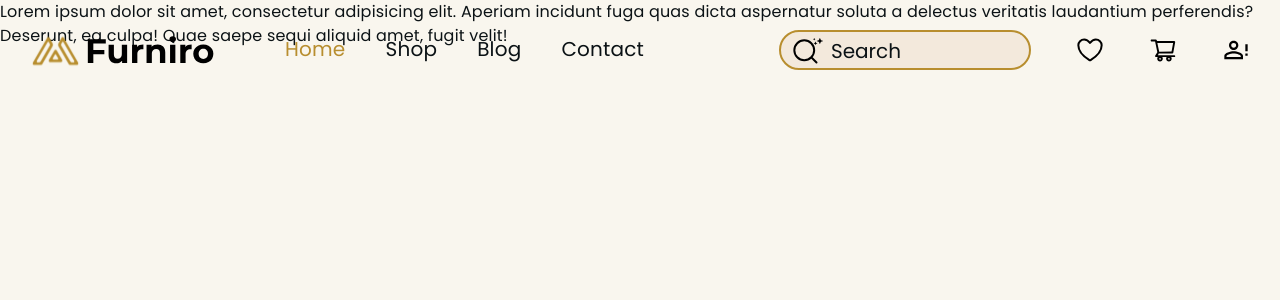
Repository: binhphanbp/furniro-interior_website
Page: index.html
These files come from the project's save history. The page is drawn as it stood at one moment and after the next save; the edit follows.
The browser window is 1280 px wide. The pictures show the whole page.

Above is the page before, as saved 2025-02-20 00:20:56.

### index.html
<!DOCTYPE html>
<html lang="en">
  <head>
    <meta charset="UTF-8" />
    <meta name="viewport" content="width=device-width, initial-scale=1.0" />
    <title>Furniro</title>

    <!-- Favicon -->
    <link rel="shortcut icon" href="./icons/favicon.ico" type="image/x-icon" />
    <link rel="icon" href="./icons/favicon.ico" type="image/x-icon" />

    <!-- Link CSS -->
    <link rel="stylesheet" href="./src/assets/styles/main.css" />
  </head>
  <body class="homepage">
    <!-- PROGRESS BAR -->
    <div class="progress-container">
      <div class="progress-bar"></div>
    </div>

    <!-- HEADER -->

    <header class="header">
      <div class="container">
        <nav class="header__menu">
          <a class="header__logo" href="#">
            <img src="./icons/furniro-logo-type.svg" alt="logo-furniro" />
          </a>
          <ul class="header__menu-list">
            <li>
              <a href="#" class="--active">home</a>
            </li>
            <li>
              <a href="./src/pages/shop.html">shop</a>
            </li>
            <li>
              <a href="./src/pages/blog.html">blog</a>
            </li>
            <li>
              <a href="./src/pages/contact.html">contact</a>
            </li>
          </ul>
        </nav>
        <ul class="header__icons">
          <li class="header__icons-searchbar">
            <label for="search-input">
              <img src="./icons/icon-search.svg" alt="icon-search" />
            </label>
            <input type="text" id="search-input" placeholder="Search" />
          </li>
          <li class="header__icons-item">
            <a href="#">
              <img src="./icons/icon-heart.svg" alt="icon-heart" />
            </a>
          </li>
          <li class="header__icons-item">
            <a href="./src/pages/cart.html">
              <img src="./icons/icon-cart.svg" alt="icon-cart"
            /></a>
          </li>
          <li class="header__icons-item">
            <a href="#">
              <img src="./icons/icon-account-alert.svg" alt="icon-account" />
            </a>
          </li>
        </ul>
      </div>
    </header>

    <!-- MAIN -->
    <main class="main">
      <p>
        Lorem ipsum dolor sit amet, consectetur adipisicing elit. Aperiam
        incidunt fuga quas dicta aspernatur soluta a delectus veritatis
        laudantium perferendis? Deserunt, ea culpa! Quae saepe sequi aliquid
        amet, fugit velit!
      </p>
      <!-- Section Hero -->
      <section class="schero">
        <div class="container"></div>
      </section>

      <!-- Section Menu -->
      <section class="scmenu">
        <div class="container"></div>
      </section>

      <!-- Section Services -->
      <section class="scservices">
        <div class="container"></div>
      </section>

      <!-- Section Delivery -->
      <section class="scdelivery">
        <div class="container"></div>
      </section>

      <!-- Section Our Customers -->
      <section class="sccustomers">
        <div class="container"></div>
      </section>

      <!-- Section Our Blog -->
      <section class="scblog">
        <div class="container"></div>
      </section>
    </main>

    <!-- FOOTER -->
    <footer class="footer">
      <div class="container"></div>
    </footer>

    <!-- JavaScript -->
    <script type="module" src="./src/scripts/main.js"></script>
  </body>
</html>

### src/assets/styles/main.css
/* Reset CSS */
@import './base/reset.css';

/* Font */
@import './base/variables.css';
@import './base/fonts.css';

/* Layouts (General Structure) */
@import './base/layouts.css';

/* Components */
@import './components/header.css';
@import './components/footer.css';
@import './components/components.css';

/* Pages */
@import './pages/home.css';
@import './pages/shop.css';
@import './pages/shop-details.css';
@import './pages/cart.css';
@import './pages/checkout.css';
@import './pages/product-comparison.css';
@import './pages/blog.css';
@import './pages/contact.css';

### src/assets/styles/base/reset.css
* {
  margin: 0;
  padding: 0;
  border: 0;
  font-size: 100%;
  font: inherit;
  vertical-align: baseline;
  box-sizing: border-box;
}
body {
  line-height: 1;
}
ol,
ul {
  list-style: none;
}
blockquote,
q {
  quotes: none;
}
blockquote:before,
blockquote:after,
q:before,
q:after {
  content: '';
  content: none;
}
table {
  border-collapse: collapse;
  border-spacing: 0;
}
img,
object,
embed {
  max-width: 100%;
}

a {
  text-decoration: none;
  outline: 0;
}
strong {
  font-family: db;
}
sub {
  vertical-align: sub;
  font-size: smaller;
}
sup {
  vertical-align: super;
  font-size: smaller;
}

### src/assets/styles/base/variables.css
:root {
  /* Page Setting Variables */
  --max-width-page: 2560px;
  --max-width-container-fluid: 1920px;
  --max-width-container: calc(1236px + calc(var(--gap) * 2));

  --gap: 30px;
  --pd-left-right: 20px;

  /* Color Variables */
  --primary-cl: #b88e2f;
  --primary-cl-hover: #756337;
  --secondary-cl: #fff3e3;
  --tertiary-cl: #f3e9dc;

  --white-page-cl: #f9f6ee;
  --black-cl: #0b1215;

  --gray-dark-cl: #898989;
  --gray-light-cl: #9f9f9f;
  --product-hover: #3a3a3a;

  --red-cl: #e97171;
  --green-cl: #2ec1ac;
  --purple-cl: #816dfa;

  /* Font-size, Line-height, Letter-spacing Variables: */
  --fs-h1: 5.6rem;
  --lh-h1: 6.5rem;
  --ls-h1: 2px;

  --fs-h2: 4rem;
  --lh-h2: 4.8rem;
  --ls-h2: 0.25px;

  --fs-h3: 2.4rem;
  --lh-h3: 2.8rem;
  --ls-h3: 0.1px;

  --fs-text-button: 1.6rem;
  --lh-text-button: 2.4rem;
  --ls-text-button: 0.2px;

  --fs-body: 1.6rem;
  --lh-body: 2.4rem;
  --ls-body: 0.2px;

  /* Fonts: */
  --font-body: ppr;
  --font-body-light: ppl;
  --font-body-medium: ppm;
  --font-body-semibold: ppsb;
  --font-body-bold: ppb;

  /* General Variables */
  --height-header: 100px;
  --height-footer: 505px;
  --height-button: 48px;
  --height-button-medium: 64px;
  --height-button-large: 74px;
  --pd-section: 60px;

  /* Timing Transition Variables: */
  --duration: 0.4s;
  --cubic: cubic-bezier(0.59, 0.29, 0.15, 0.93);
}

### src/assets/styles/base/fonts.css
@font-face {
  font-family: 'ppl';
  src: url('../../fonts/Poppins-Light.woff2') format('woff2'),
    url('../../fonts/Poppins-Light.woff') format('woff');
  font-weight: 300;
  font-style: normal;
  font-display: swap;
}

@font-face {
  font-family: 'ppr';
  src: url('../../fonts/Poppins-Regular.woff2') format('woff2'),
    url('../../fonts/Poppins-Regular.woff') format('woff');
  font-weight: normal;
  font-style: normal;
  font-display: swap;
}

@font-face {
  font-family: 'ppm';
  src: url('../../fonts/Poppins-Medium.woff2') format('woff2'),
    url('../../fonts/Poppins-Medium.woff') format('woff');
  font-weight: 500;
  font-style: normal;
  font-display: swap;
}

@font-face {
  font-family: 'ppsb';
  src: url('../../fonts/Poppins-SemiBold.woff2') format('woff2'),
    url('../../fonts/Poppins-SemiBold.woff') format('woff');
  font-weight: 600;
  font-style: normal;
  font-display: swap;
}

@font-face {
  font-family: 'ppb';
  src: url('../../fonts/Poppins-Bold.woff2') format('woff2'),
    url('../../fonts/Poppins-Bold.woff') format('woff');
  font-weight: bold;
  font-style: normal;
  font-display: swap;
}

### src/assets/styles/base/layouts.css
html {
  font-size: 62.5%;

  scroll-behavior: smooth;

  /* CUSTOM SCROLLBAR */
  /* width */
  ::-webkit-scrollbar {
    width: 10px;
  }
  /* Track */
  ::-webkit-scrollbar-track {
    background: var(--gray-light-cl);
  }
  /* Handle */
  ::-webkit-scrollbar-thumb {
    background: var(--primary-cl);
    border-radius: 40px;
  }
  /* Handle on hover */
  ::-webkit-scrollbar-thumb:hover {
    background: var(--gray-dark-cl);
  }

  /* Custom background-color text selection */
  ::-moz-selection {
    color: var(--white-page-cl);
    background: var(--primary-cl);
  }
  ::selection {
    color: var(--white-page-cl);
    background: var(--primary-cl);
  }
}

body {
  background-color: var(--white-page-cl);
  width: 100%;
  max-width: var(--max-width-page);
  margin: auto;

  color: var(--black-cl);
  font-family: var(--font-body);
  font-size: var(--fs-body);
  line-height: var(--lh-body);
  letter-spacing: var(--ls-body);
}

.container-fluid {
  width: 100%;
  max-width: var(--max-width-container-fluid);
  padding-right: var(--gap);
  padding-left: var(--gap);
  margin-right: auto;
  margin-left: auto;
  position: relative;
}

.container {
  width: 100%;
  max-width: var(--max-width-container);
  padding-right: var(--gap);
  padding-left: var(--gap);
  margin-right: auto;
  margin-left: auto;
  position: relative;
}

.main {
  position: relative;
}

section .ptb {
  padding: var(--pd-section) 0;
}
section .pt {
  padding: var(--pd-section);
}
section .pb {
  padding: var(--pd-section);
}

### src/assets/styles/components/header.css
.header {
  position: absolute;
  top: 0;
  z-index: 3;
  width: 100%;
  max-width: var(--max-width-page);
  height: var(--height-header);
}

.header .container {
  display: flex;
  align-items: center;
  justify-content: space-between;
  height: 100%;
}

.header .header__menu {
  display: flex;
  align-items: center;
  gap: 50px;
}

/* Header Menu */
.header .header__menu .header__menu-list {
  display: flex;
}

.header .header__menu .header__menu-list li a {
  padding: 8px var(--pd-left-right);
  text-transform: capitalize;
  font-size: 2rem;
  color: var(--black-cl);
  text-wrap: nowrap;
  cursor: pointer;

  transition: var(--duration);
  -webkit-transition: var(--duration);
  -moz-transition: var(--duration);
  -ms-transition: var(--duration);
  -o-transition: var(--duration);
}
.header .header__menu .header__menu-list li a:hover,
.header .header__menu .header__menu-list li a.--active {
  color: var(--primary-cl);
}

.header .header__menu .header__menu-list li a::after {
  content: '';
  display: block;
  /* width: calc(100% - calc(var(--padding-lf) * 2)); */
  width: 0;
  height: 2px;
  background-color: var(--primary-cl);
  position: absolute;
  bottom: 0;
  left: 50%;
  transform: translateX(-50%);

  transition: var(--duration);
  -webkit-transition: var(--duration);
  -moz-transition: var(--duration);
  -ms-transition: var(--duration);
  -o-transition: var(--duration);
}
.header .header__menu .header__menu-list li a::after:hover,
.header .header__menu .header__menu-list li a::after.--active {
  width: calc(100% - calc(var(--pd-left-right) * 2));
}

/* Header Icons */
.header .header__icons {
  display: flex;
  gap: 45px;
}

.header .header__icons .header__icons-item {
  align-self: center;
}

.header__icons-searchbar {
  display: flex;
  align-items: center;

  background-color: var(--tertiary-cl);
  border: 2px solid var(--primary-cl);
  border-radius: 100px;
  padding: 3px 11px 0px 11px;
  width: 252px;
  height: 40px;

  transition: var(--duration);
  -webkit-transition: var(--duration);
  -moz-transition: var(--duration);
  -ms-transition: var(--duration);
  -o-transition: var(--duration);
}

.header__icons-searchbar img {
  margin-right: 16px;
  cursor: pointer;
}

.header__icons-searchbar input {
  border: none;
  outline: none;
  background: transparent;
  font-size: 20px;
  width: 100%;
  margin-top: -1px; /* Để kéo input lên 1 chút (Căn giữa)*/
}
.header__icons-searchbar input::placeholder {
  color: var(--black-cl);
}

.header__icons-searchbar:focus-within {
  border-color: var(--primary-cl-hover);
}

### src/assets/styles/components/components.css
img {
  max-width: 100%;
  -webkit-user-select: none;
  -moz-user-select: none;
  -ms-user-select: none;
  user-select: none;
  display: block;
  outline: 0;
  object-fit: contain;
}

img .--center {
  margin: 0 auto;
  display: block;
}

.--hidden {
  display: none;
}

.--disable-scroll {
  height: 100vh;
  overflow: hidden;
}

/* Progress Bar */
.progress-container {
  position: fixed;
  top: 0;
  left: 0;
  width: 100%;
  height: 5px;
  background: var(--white-page-cl);
}

.progress-bar {
  height: 100%;
  background: var(--primary-cl);
  width: 0%;

  /* Scroll-driven animation */
  animation: grow linear;
  animation-timeline: scroll();
}

@keyframes grow {
  from {
    width: 0%;
  }
  to {
    width: 100%;
  }
}

/* Heading */
.heading {
  font-family: prb;
  color: var(--black-cl);
  text-transform: uppercase;
}
.heading .--h1 {
  font-size: var(--fs-h1);
  line-height: var(--lh-h1);
  letter-spacing: var(--ls-h1);
}
.heading .--h2 {
  font-size: var(--fs-h2);
  line-height: var(--lh-h2);
  letter-spacing: var(--ls-h2);
}
.heading .--h3 {
  font-size: var(--fs-h3);
  line-height: var(--lh-h3);
  letter-spacing: var(--ls-h3);
}
.heading .--primary-cl {
  color: var(--primary-cl);
}
.heading .--gray-light-cl {
  color: var(--gray-light-cl);
}

.textbutton {
  font-family: var(--font-body-semibold);
  font-size: var(--fs-text-button);
  line-height: var(--lh-text-button);
  letter-spacing: var(--ls-text-button);
}
/* Textbox */
.textbox .--align-center {
  text-align: center;
}

.textbox .desc {
  margin-top: 10px;
  color: var(--gray-dark-cl);
}

/* BUTTON */
.btn {
  display: inline-flex;
  align-items: center;
  justify-content: center;
  gap: 10px;
  padding: 0 36px;

  height: var(--height-button);
  font-family: var(--font-body-semibold);
  border: var(--primary-cl) solid 1px;
  background-color: var(--primary-cl);
  color: var(--white-page-cl);

  white-space: nowrap;
  cursor: pointer;
  transition: var(--duration);
  -webkit-transition: var(--duration);
  -moz-transition: var(--duration);
  -ms-transition: var(--duration);
  -o-transition: var(--duration);
}
.btn:hover {
  border: var(--white-page-cl) solid 1px;
  background-color: var(--primary-cl);
  color: var(--primary-cl);
}

.btn .--large {
  height: var(--height-button-large);
  padding: 0 72px;

  font-family: var(--font-body-bold);
  text-transform: uppercase;
}

.btn .--stroke {
  height: 48px;
  padding: 0 78px;
  background-color: transparent;
  color: var(--primary-cl);
  stroke: 1px solid var(--primary-cl);
}
.btn .--stroke:hover {
  background-color: var(--primary-cl);
  color: var(--white-page-cl);
}

.btn .--stroke-black {
  height: 48px;
  padding: 0 48px;
  background-color: transparent;
  color: var(--black-cl);
  stroke: 1px solid var(--black-cl);
}
.btn .--stroke-black:hover {
  background-color: var(--black-cl);
  color: var(--white-page-cl);
}

/* Button Pagination */
.btn-pagination {
  height: 60px;
  padding: 0 27px;

  background-color: var(--secondary-cl);
  color: var(--black-cl);
}
.btn-pagination:hover {
  background-color: var(--primary-cl-hover);
  color: var(--white-page-cl);
}
.btn-pagination .--active {
  background-color: var(--primary-cl);
  color: var(--white-page-cl);
}

Loaded but not shown: src/scripts/main.js (no stored copy; drawn as an empty file); src/assets/styles/components/footer.css (no stored copy; drawn as an empty file); src/assets/styles/pages/home.css (no stored copy; drawn as an empty file); src/assets/styles/pages/shop.css (no stored copy; drawn as an empty file); src/assets/styles/pages/shop-details.css (no stored copy; drawn as an empty file); src/assets/styles/pages/cart.css (no stored copy; drawn as an empty file); src/assets/styles/pages/checkout.css (no stored copy; drawn as an empty file); src/assets/styles/pages/product-comparison.css (no stored copy; drawn as an empty file); src/assets/styles/pages/blog.css (no stored copy; drawn as an empty file); src/assets/styles/pages/contact.css (no stored copy; drawn as an empty file)

After the next save:
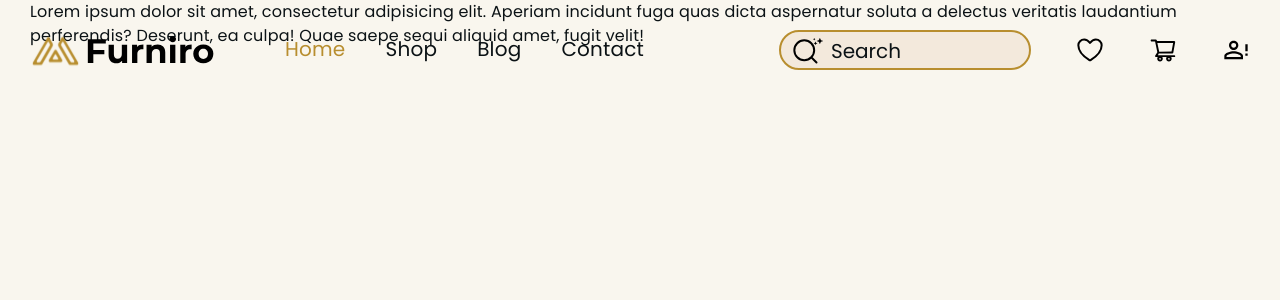
Saved 7 min 22 s later.
--- a/index.html
+++ b/index.html
@@ -69,12 +69,6 @@
 
     <!-- MAIN -->
     <main class="main">
-      <p>
-        Lorem ipsum dolor sit amet, consectetur adipisicing elit. Aperiam
-        incidunt fuga quas dicta aspernatur soluta a delectus veritatis
-        laudantium perferendis? Deserunt, ea culpa! Quae saepe sequi aliquid
-        amet, fugit velit!
-      </p>
       <!-- Section Hero -->
       <section class="schero">
         <div class="container"></div>
@@ -82,7 +76,14 @@
 
       <!-- Section Menu -->
       <section class="scmenu">
-        <div class="container"></div>
+        <div class="container">
+          <p>
+            Lorem ipsum dolor sit amet, consectetur adipisicing elit. Aperiam
+            incidunt fuga quas dicta aspernatur soluta a delectus veritatis
+            laudantium perferendis? Deserunt, ea culpa! Quae saepe sequi aliquid
+            amet, fugit velit!
+          </p>
+        </div>
       </section>
 
       <!-- Section Services -->
